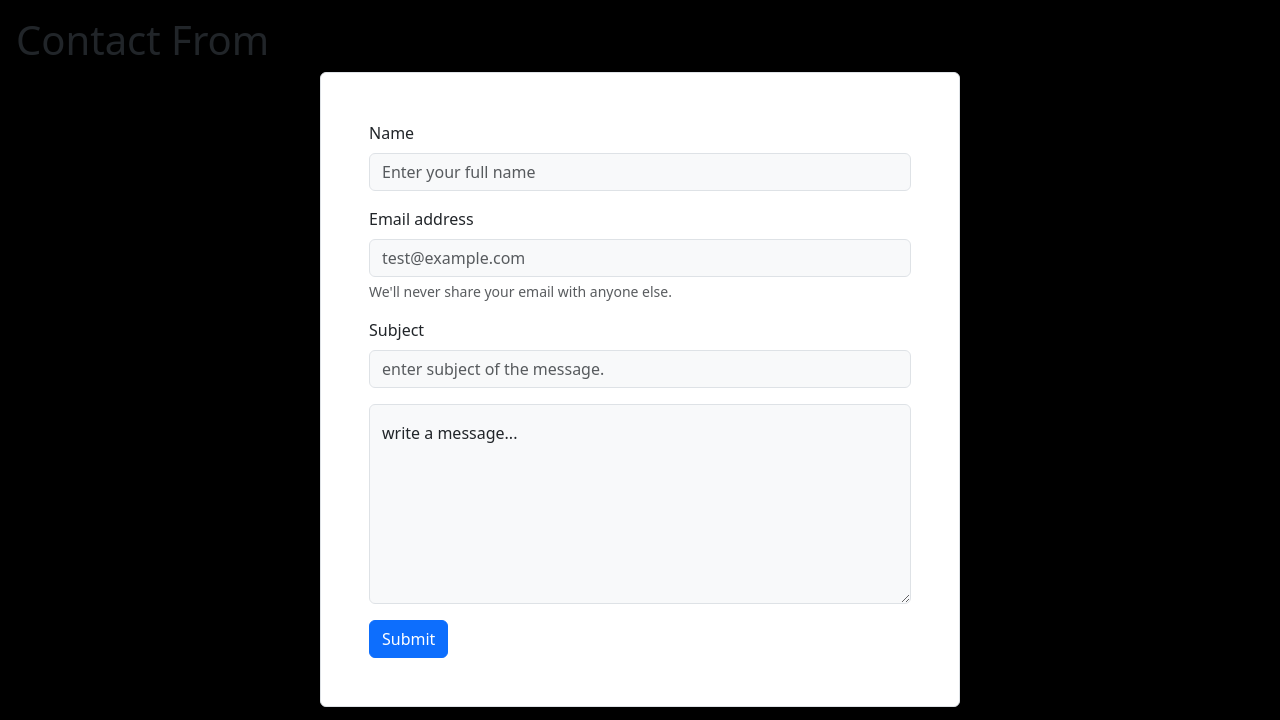
Repository: syni18/bootstrap_form
Page: index.html
These files come from the project's save history. The page is drawn as it stood at one moment and after the next save; the edit follows.
The browser window is 1280 px wide. The pictures show the whole page.

Above is the page before, as saved 2023-10-26 15:44:13.

### index.html
<!DOCTYPE html>
<html lang="en">
<head>
    <meta charset="UTF-8">
    <meta name="viewport" content="width=device-width, initial-scale=1.0">
    <link href="https://cdn.jsdelivr.net/npm/bootstrap@5.3.2/dist/css/bootstrap.min.css" rel="stylesheet" integrity="sha384-T3c6CoIi6uLrA9TneNEoa7RxnatzjcDSCmG1MXxSR1GAsXEV/Dwwykc2MPK8M2HN" crossorigin="anonymous">
    <title>Contact From</title>
</head>
<body class="bg-black">
    <h1 class="display-6 ms-3 mt-3 color-white">Contact From</h1>
    <form class="container w-50 border p-5 rounded bg-white">
  <div class="mb-3">
    <label for="exampleInputName1" class="form-label">Name</label>
    <input type="name" class="form-control bg-body-tertiary
" id="exampleInputName1" aria-describedby="NameHelp" placeholder="Enter your full name">
  </div>
  <div class="mb-3">
    <label for="exampleInputEmail1" class="form-label">Email address</label>
    <input type="email" class="form-control bg-body-tertiary" id="exampleInputEmail1" aria-describedby="emailHelp" placeholder="test@example.com">
    <div id="emailHelp" class="form-text">We'll never share your email with anyone else.</div>
  </div>
  <div class="mb-3">
    <label for="exampleInputSubject1" class="form-label">Subject</label>
    <input type="text" class="form-control bg-body-tertiary" id="exampleInputsubject1" aria-describedby="subjectHelp" placeholder="enter subject of the message.">
  </div>
  <div class="form-floating">
  <textarea class="form-control bg-body-tertiary" placeholder="Leave a comment here" id="floatingTextarea2" style="height: 200px"></textarea>
  <label for="floatingTextarea2">write a message...</label>
</div>

  <button type="submit" class="btn btn-primary mt-3">Submit</button>
</form>
    <script src="https://cdn.jsdelivr.net/npm/bootstrap@5.3.2/dist/js/bootstrap.bundle.min.js" integrity="sha384-C6RzsynM9kWDrMNeT87bh95OGNyZPhcTNXj1NW7RuBCsyN/o0jlpcV8Qyq46cDfL" crossorigin="anonymous"></script>
</body>
</html>

After the next save:
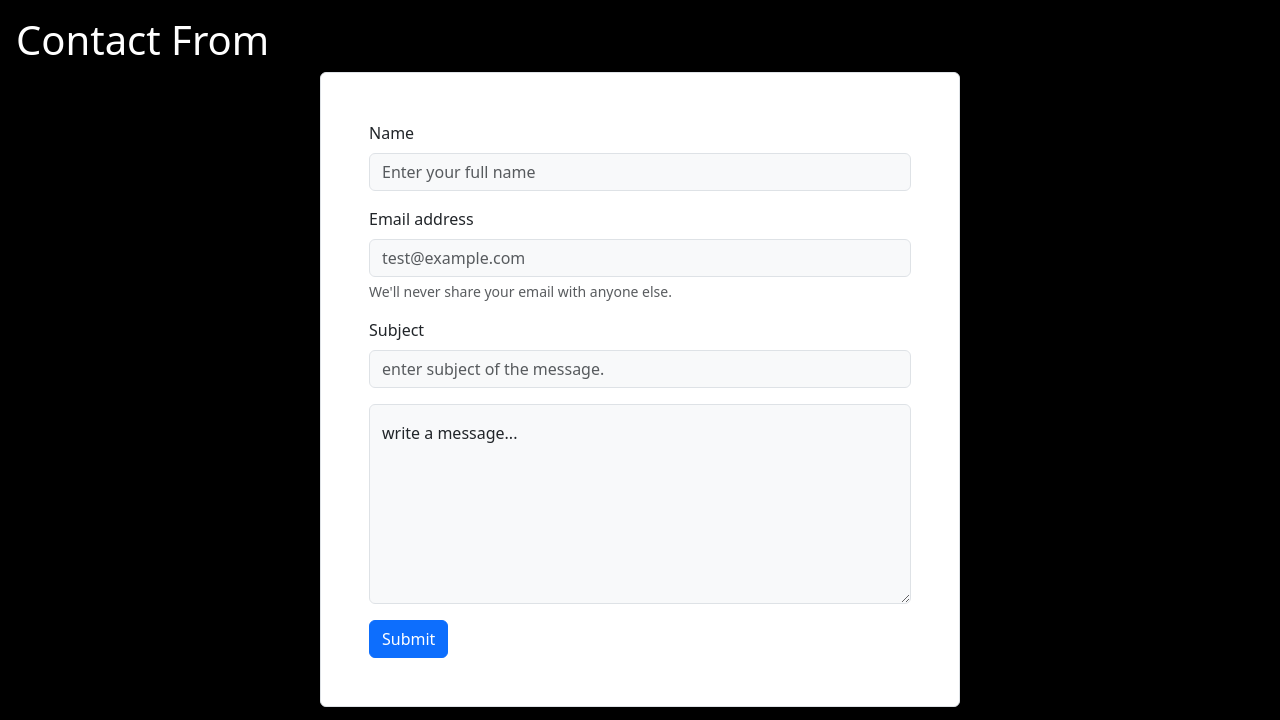
Saved 10 s later.
--- a/index.html
+++ b/index.html
@@ -7,7 +7,7 @@
     <title>Contact From</title>
 </head>
 <body class="bg-black">
-    <h1 class="display-6 ms-3 mt-3 color-white">Contact From</h1>
+    <h1 class="display-6 ms-3 mt-3 text-white">Contact From</h1>
     <form class="container w-50 border p-5 rounded bg-white">
   <div class="mb-3">
     <label for="exampleInputName1" class="form-label">Name</label>
